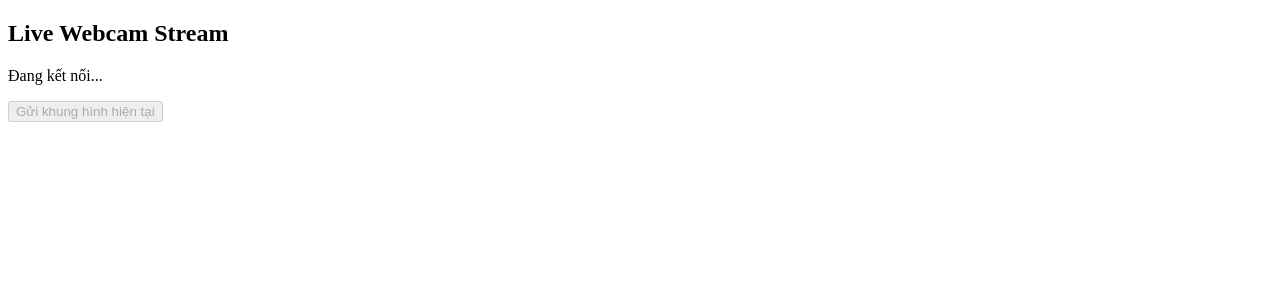
Repository: AzenKain/Traffic-Red-Light-Running-Violation-Detection
Page: / (app in client-web/client-web/)
An editor plug-in stored every save of this project. The page is shown before and after the next save, followed by the edit.
The browser window is 1280 px wide. The pictures show the whole page.
The page's requests for data from a server got no answer. The project was rebuilt for these pictures with package versions that can differ from the ones it lists, and the page was loaded fresh each time. The framework's server and built-in components were replaced by stand-ins that run in the browser. No one was signed in, and anything a server would have sent is missing.

Above is the page before, as saved 2025-03-22 23:43:55.

After the next save:
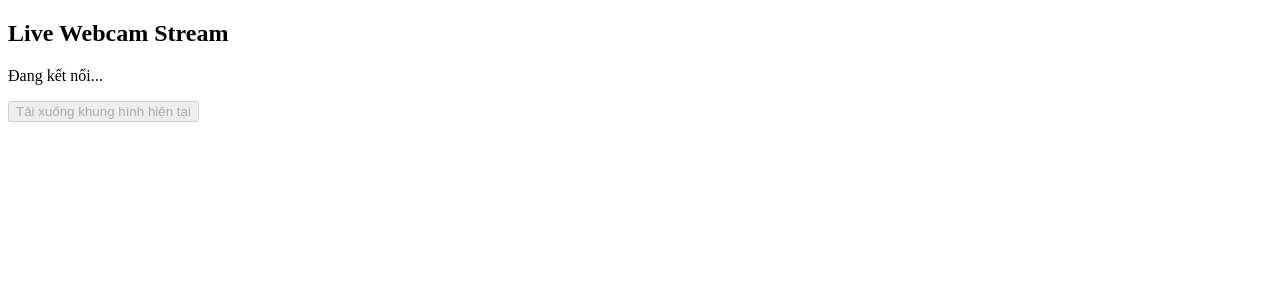
Saved 70 s later.
--- a/client-web/client-web/src/components/videostream/index.tsx
+++ b/client-web/client-web/src/components/videostream/index.tsx
@@ -3,8 +3,8 @@ import { useEffect, useState } from "react";
 
 export default function VideoStream() {
   const [imageSrc, setImageSrc] = useState<string | null>(null);
-  const [isSending, setIsSending] = useState(false);
-  const [sendSuccess, setSendSuccess] = useState(false);
+  const [isDownloading, setIsDownloading] = useState(false);
+  const [downloadSuccess, setDownloadSuccess] = useState(false);
 
   useEffect(() => {
     const ws = new WebSocket("ws://localhost:8000/ws");
@@ -22,32 +22,34 @@ export default function VideoStream() {
     };
   }, []);
 
-  const sendCurrentFrameToAPI = async () => {
+  const downloadCurrentFrame = () => {
     if (!imageSrc) return;
 
     try {
-      setIsSending(true);
-      // Xử lý base64 string để gửi đi
-      const base64Data = imageSrc.split(',')[1];
+      setIsDownloading(true);
 
-      const response = await fetch('https://your-api-endpoint.com/images', {
-        method: 'POST',
-        headers: {
-          'Content-Type': 'application/json',
-        },
-        body: JSON.stringify({ image: base64Data }),
-      });
+      // Tạo tên file với timestamp
+      const fileName = `webcam-capture-${new Date().getTime()}.jpg`;
 
-      if (response.ok) {
-        setSendSuccess(true);
-        setTimeout(() => setSendSuccess(false), 3000);
-      } else {
-        console.error('Failed to send image to API');
-      }
+      // Tạo một thẻ a tạm thời để tải xuống
+      const link = document.createElement('a');
+      link.href = imageSrc;
+      link.download = fileName;
+      document.body.appendChild(link);
+
+      // Kích hoạt sự kiện click để tải xuống
+      link.click();
+
+      // Dọn dẹp
+      document.body.removeChild(link);
+
+      // Hiển thị thông báo thành công
+      setDownloadSuccess(true);
+      setTimeout(() => setDownloadSuccess(false), 3000);
     } catch (error) {
-      console.error('Error sending image:', error);
+      console.error('Error downloading image:', error);
     } finally {
-      setIsSending(false);
+      setIsDownloading(false);
     }
   };
 
@@ -73,25 +75,25 @@ export default function VideoStream() {
 
         <div className="card-actions justify-center mt-4">
           <button
-            onClick={sendCurrentFrameToAPI}
-            disabled={!imageSrc || isSending}
+            onClick={downloadCurrentFrame}
+            disabled={!imageSrc || isDownloading}
             className="btn btn-primary"
           >
-            {isSending ? (
+            {isDownloading ? (
               <>
                 <span className="loading loading-spinner loading-sm"></span>
-                Đang gửi...
+                Đang tải xuống...
               </>
             ) : (
-              "Gửi khung hình hiện tại"
+              "Tải xuống khung hình hiện tại"
             )}
           </button>
         </div>
 
-        {sendSuccess && (
+        {downloadSuccess && (
           <div className="alert alert-success mt-4">
             <svg xmlns="http://www.w3.org/2000/svg" className="stroke-current shrink-0 h-6 w-6" fill="none" viewBox="0 0 24 24"><path strokeLinecap="round" strokeLinejoin="round" strokeWidth="2" d="M9 12l2 2 4-4m6 2a9 9 0 11-18 0 9 9 0 0118 0z" /></svg>
-            <span>Khung hình đã được gửi thành công!</span>
+            <span>Khung hình đã được tải xuống thành công!</span>
           </div>
         )}
       </div>
